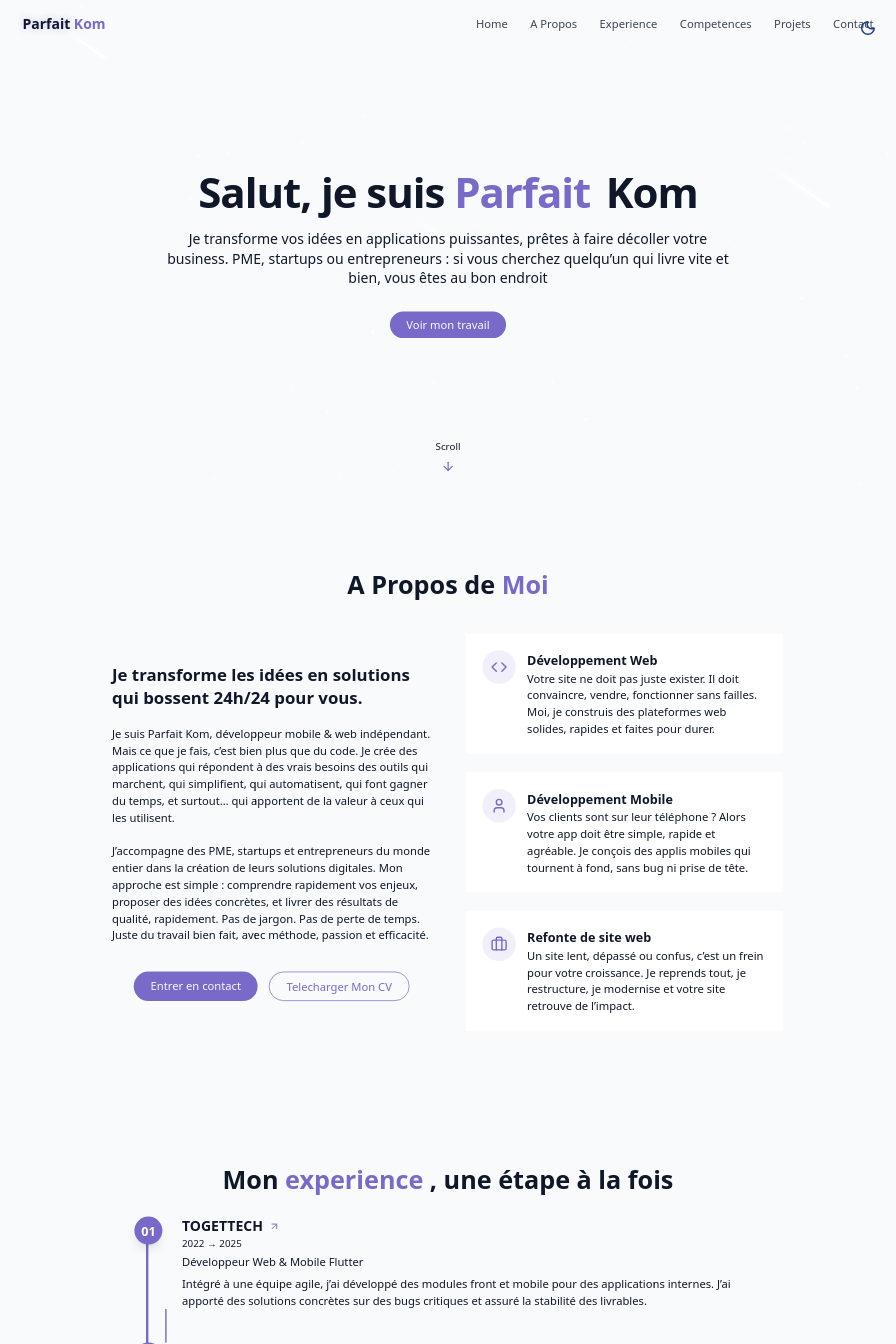
Repository: KOMI18/komi-folio
Page: /
The author's editor kept a copy of each file at every save. The page is drawn from the files as they stood at one save, then again after the next save.
The browser window is 1280 px wide. The pictures show the part of the page from y = 0 to 1920 px (the page is 5661 px tall), at 70% of full size.
The project was rebuilt for these pictures with package versions that can differ from the ones it lists, and the page was loaded fresh each time. Also part of the build but not shown: vite.config.js, src/pages/NotFound.jsx.

Above is the page before, as saved 2025-06-27 19:39:23.

After the next save:
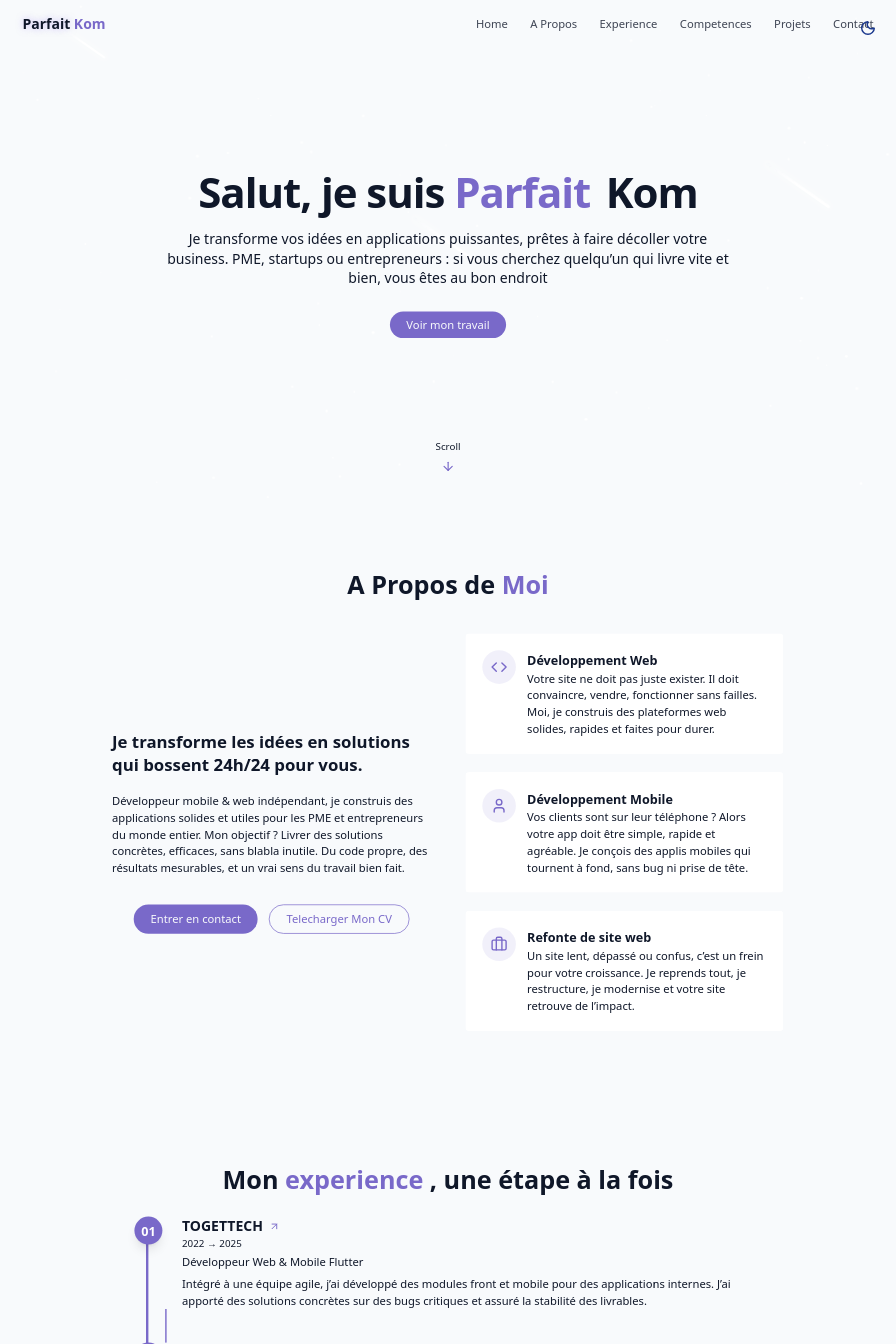
Saved 6 min 27 s later.
--- a/src/components/AboutSection.jsx
+++ b/src/components/AboutSection.jsx
@@ -16,19 +16,9 @@ export const AboutSection = () => {
             </h3>
 
             <p className="text-muted-foreground text-left">
-            Je suis Parfait Kom, développeur mobile & web indépendant.
-            Mais ce que je fais, c’est bien plus que du code.
-            Je crée des applications qui répondent à des vrais besoins
-            des outils qui marchent, qui simplifient, qui automatisent, qui font gagner du temps,
-            et surtout… qui apportent de la valeur à ceux qui les utilisent.
-            </p>
+  Développeur mobile & web indépendant, je construis des applications solides et utiles pour les PME et entrepreneurs du monde entier. Mon objectif ? Livrer des solutions concrètes, efficaces, sans blabla inutile. Du code propre, des résultats mesurables, et un vrai sens du travail bien fait.
+</p>
 
-            <p className="text-muted-foreground text-left">
-            J’accompagne des PME, startups et entrepreneurs du monde entier dans
-             la création de leurs solutions digitales. Mon approche est simple
-             : comprendre rapidement vos enjeux, proposer des idées concrètes, et livrer des résultats de qualité, rapidement.
-            Pas de jargon. Pas de perte de temps. Juste du travail bien fait, avec méthode, passion et efficacité.
-            </p>
 
             <div className="flex flex-col sm:flex-row gap-4 pt-4 justify-center">
               <a href="#contact" className="cosmic-button">
